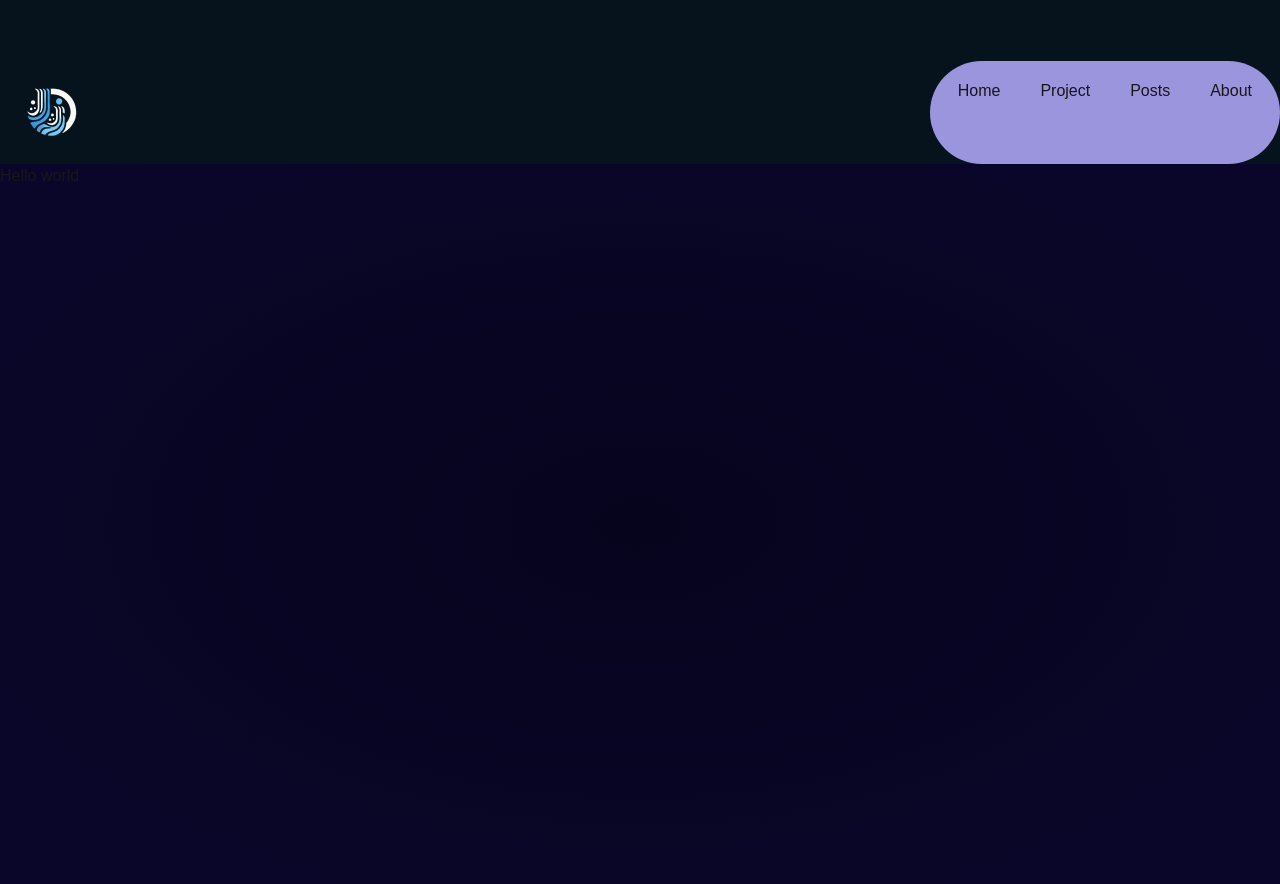
Repository: david-william19/david-william
Page: /
An editor plug-in stored every save of this project. The page is shown before and after the next save, followed by the edit.
The browser window is 1280 px wide. The pictures show the whole page.
The project was rebuilt for these pictures with package versions that can differ from the ones it lists, and the page was loaded fresh each time. The framework's server and built-in components were replaced by stand-ins that run in the browser. Also part of the build but not shown: next.config.js, next.config.ts, vite.config.ts.

Above is the page before, as saved 2024-10-26 22:44:32.

After the next save:
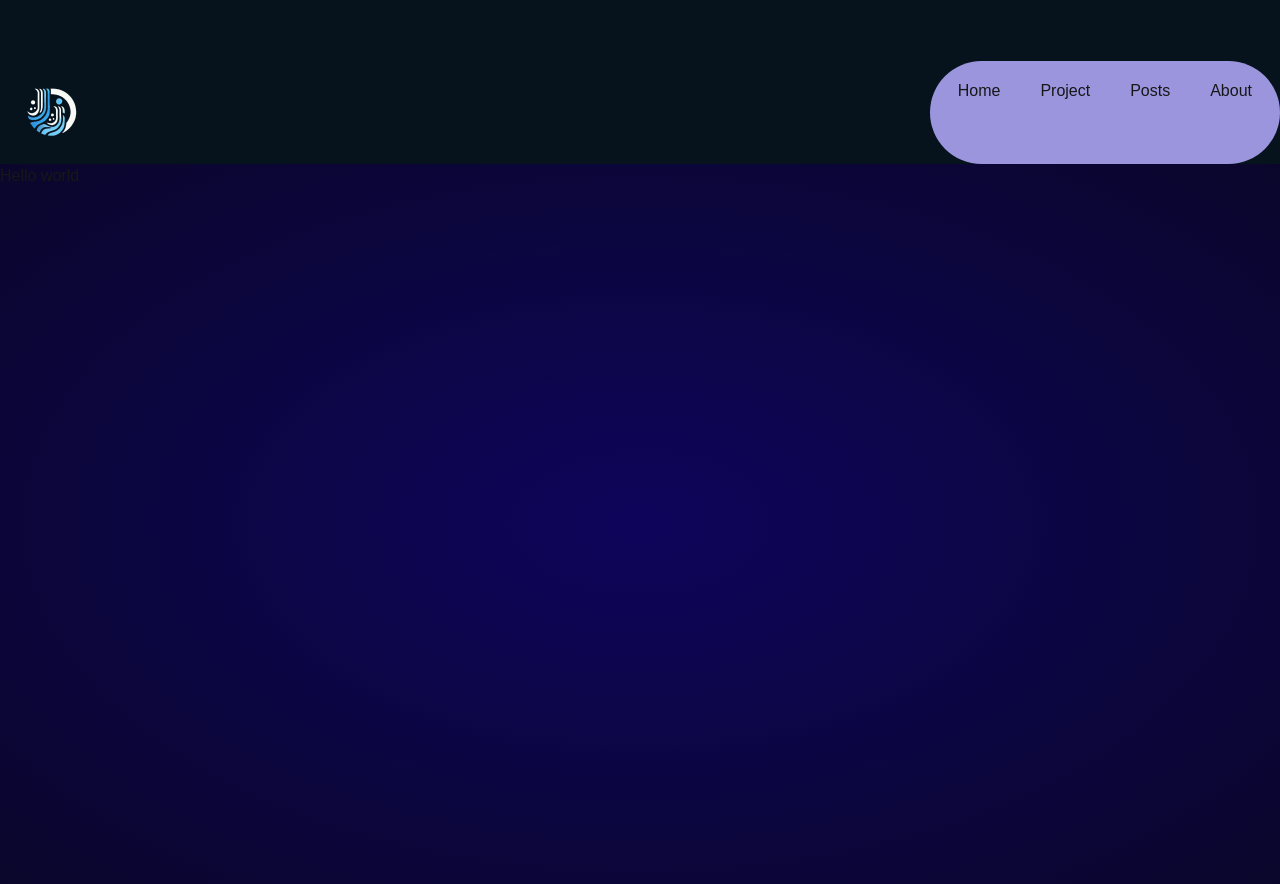
Saved 28 s later.
--- a/tailwind.config.ts
+++ b/tailwind.config.ts
@@ -13,7 +13,7 @@ const config: Config = {
         foreground: "var(--foreground)",
       },
       backgroundImage: {
-        "radial-space": "radial-gradient(#06041D 0%, #0A062B 100%)",
+        "radial-space": "radial-gradient(#0E055B 0%, #0A062B 100%)",
 
       },
     },
